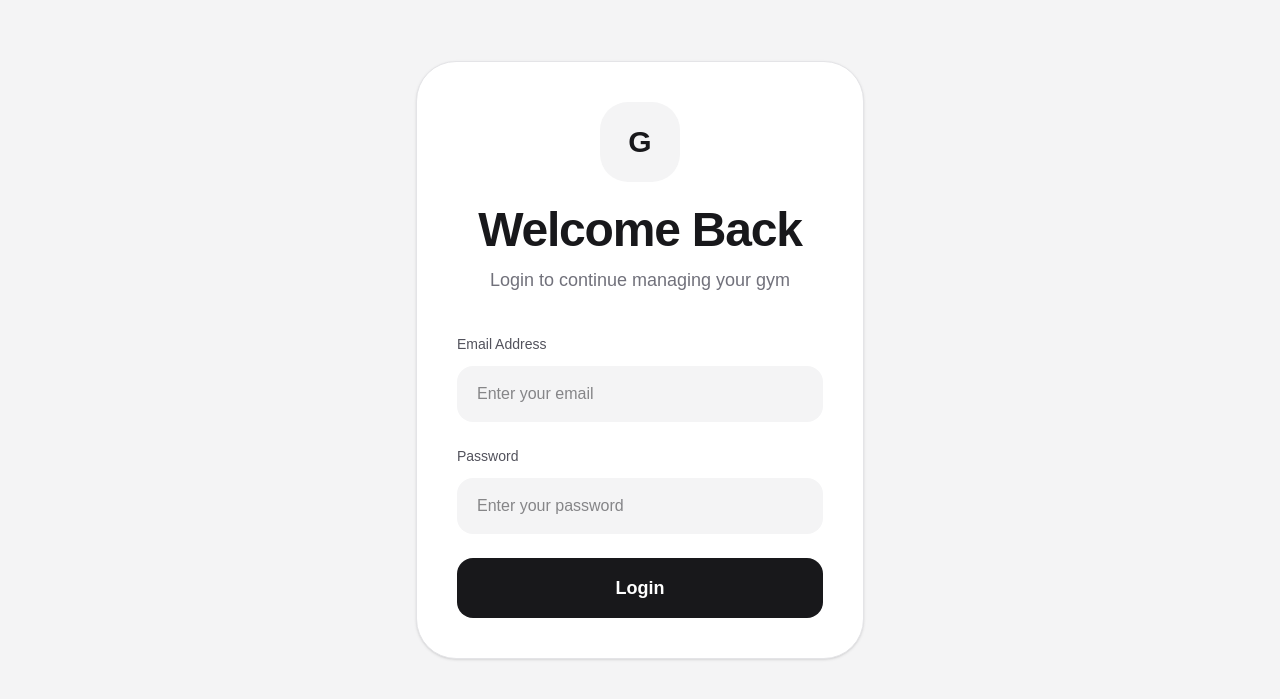
Repository: manav2121/Gym
Page: /login (app in fe/fe/)
The author's editor kept a copy of each file at every save. The page is drawn from the files as they stood at one save, then again after the next save.
The browser window is 1280 px wide. The pictures show the whole page.
The project was rebuilt for these pictures with package versions that can differ from the ones it lists, and the page was loaded fresh each time. Also part of the build but not shown: fe/fe/vite.config.js, fe/fe/src/components/Sidebar.jsx, fe/fe/src/pages/MemberProfile.jsx, fe/fe/src/pages/Dashboard.jsx, fe/fe/src/pages/addMember.jsx, fe/fe/src/pages/Members.jsx, fe/fe/src/pages/Attendance.jsx, fe/fe/src/pages/Payments.jsx and 2 more.

Above is the page before, as saved 2026-05-14 21:38:03.

After the next save:
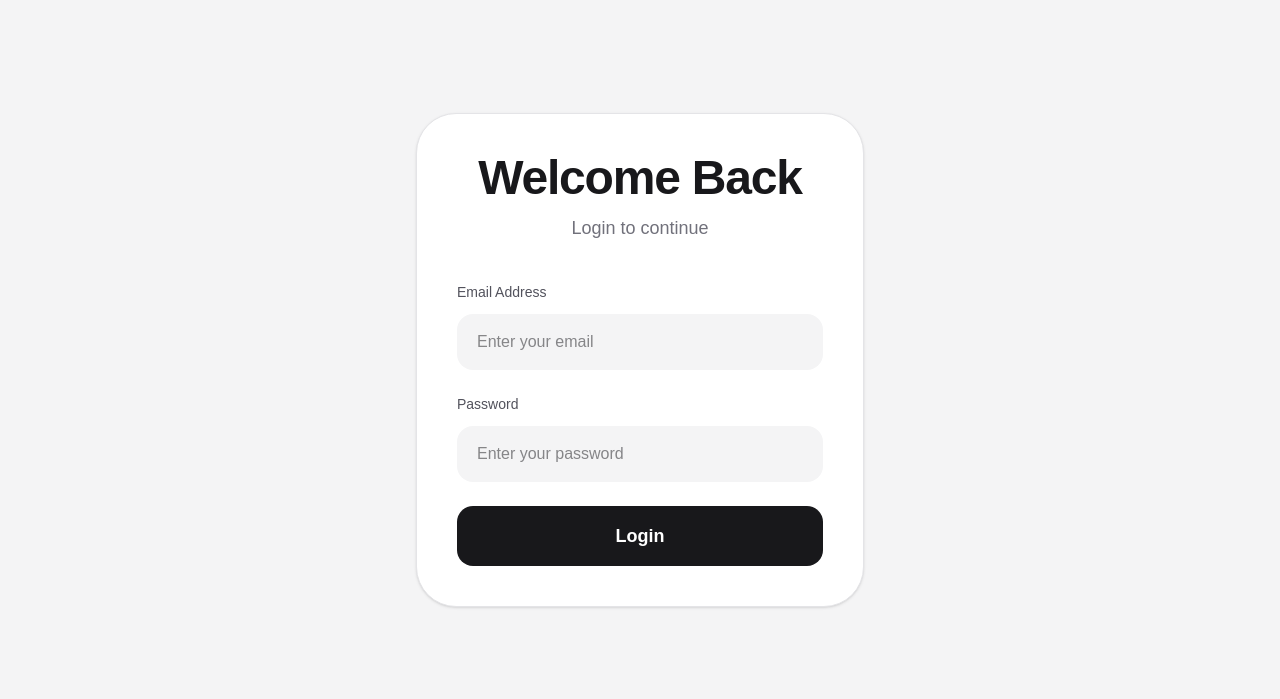
Saved 10 min 10 s later.
--- a/fe/fe/src/pages/Login.jsx
+++ b/fe/fe/src/pages/Login.jsx
@@ -59,11 +59,7 @@ function Login() {
 
           <div className="mb-10 text-center">
 
-            <div className="w-20 h-20 rounded-[28px] bg-zinc-100 mx-auto flex items-center justify-center text-3xl font-bold text-zinc-900 mb-6">
 
-              G
-
-            </div>
 
             <h1 className="text-5xl font-bold tracking-tight text-zinc-900">
 
@@ -73,7 +69,7 @@ function Login() {
 
             <p className="text-zinc-500 mt-3 text-lg">
 
-              Login to continue managing your gym
+              Login to continue
 
             </p>
 
